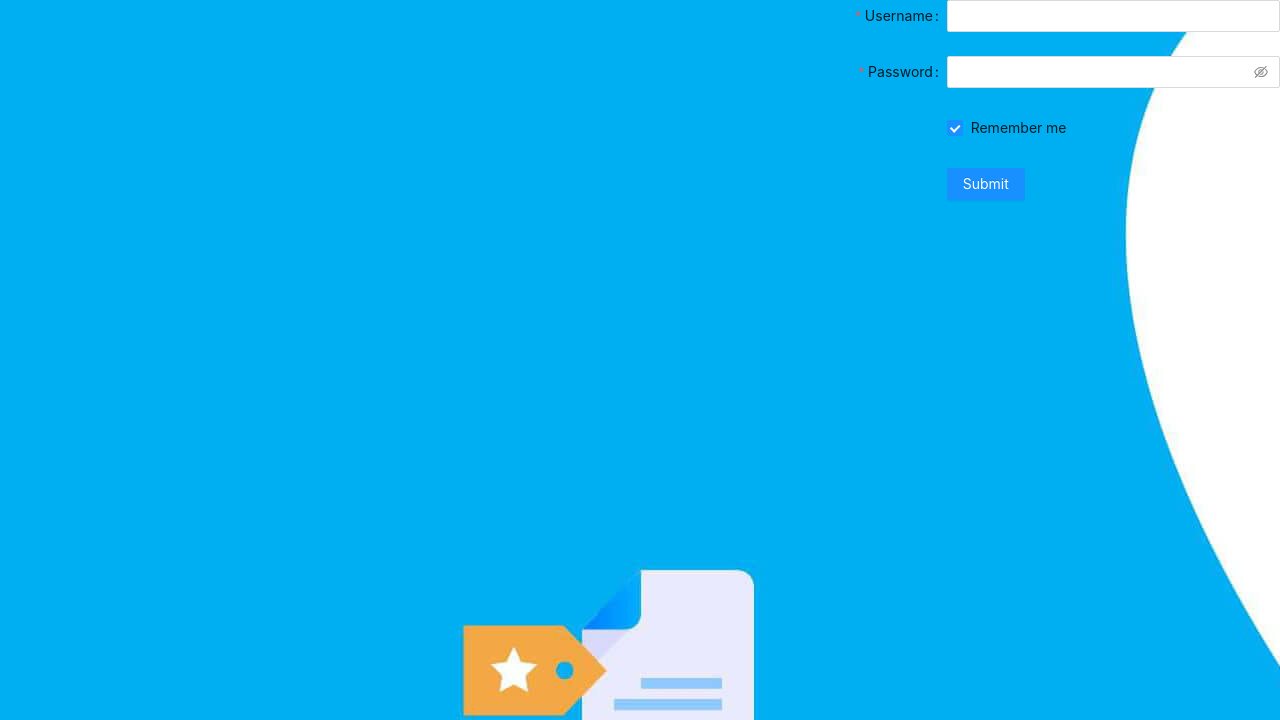
Repository: DallenCat/react-test
Page: /login
The author's editor kept a copy of each file at every save. The page is drawn from the files as they stood at one save, then again after the next save.
The browser window is 1280 px wide. The pictures show the whole page.
The project was rebuilt for these pictures with package versions that can differ from the ones it lists, and the page was loaded fresh each time. Also part of the build but not shown: src/containers/dashboard/index.js, src/containers/personal/index.js, src/components/layout/index.css, src/components/layout/sider/menu.js, src/components/layout/sider/logo.js, src/components/layout/sider/index.js, src/components/layout/index.js.

Above is the page before, as saved 2021-10-29 17:27:22.

### src/index.js
/*
 * @Descripttion:
 * @version:
 * @Author: dal
 * @Date: 2021-10-26 17:14:54
 * @LastEditors: dal
 * @LastEditTime: 2021-10-28 17:36:55
 */
import React from 'react';
import ReactDOM from 'react-dom';
import './index.css';
import App from './App';
import reportWebVitals from './reportWebVitals';
import { Provider } from "react-redux"
import store from "./store"

ReactDOM.render(
  <Provider store={store}>
    <App />
  </Provider>,
  document.getElementById('root')
);

// If you want to start measuring performance in your app, pass a function
// to log results (for example: reportWebVitals(console.log))
// or send to an analytics endpoint. Learn more: https://bit.ly/CRA-vitals
reportWebVitals();

### src/App.js
/*
 * @Descripttion:
 * @version:
 * @Author: dal
 * @Date: 2021-10-26 17:14:54
 * @LastEditors: dal
 * @LastEditTime: 2021-10-29 16:36:06
 */

import './App.css';
import Routes from './routes';
import { BrowserRouter as Router, Switch, Route } from 'react-router-dom';
import SiderDemo from "@/components/layout/index.js"
import { Component } from 'react';
class App extends Component {
  render() {
    let staticPage = ['/login'] //不需要左侧导航的页面
    let LayoutRouter = (props) => {
      if (staticPage.includes(props.location.pathname)) {
        return (
          <Routes />
        )
      } else {
        return (
          <SiderDemo>
            <Routes />
          </SiderDemo>
        )
      }
    }
    return (
      <Router>
        <Switch>
          <Route path="/" component={LayoutRouter} />
        </Switch>
      </Router>
    )
  }

}
// render(<Router routes={routes} />, document.body)
export default App;

### src/store/index.js
/*
 * @Descripttion:
 * @version:
 * @Author: dal
 * @Date: 2021-10-28 17:32:00
 * @LastEditors: dal
 * @LastEditTime: 2021-10-29 15:12:22
 */
import { configureStore } from '@reduxjs/toolkit'

import counterReducer from '@/reducers/counterReducer'
import menuReducer from '@/reducers/menuReducer'

export default configureStore({
  reducer: {
    counter: counterReducer,
    menu: menuReducer
  }
})

### src/App.css
@import '~antd/dist/antd.css';

.App {
  text-align: center;
}

.App-logo {
  height: 40vmin;
  pointer-events: none;
}

@media (prefers-reduced-motion: no-preference) {
  .App-logo {
    animation: App-logo-spin infinite 20s linear;
  }
}

.App-header {
  background-color: #282c34;
  min-height: 100vh;
  display: flex;
  flex-direction: column;
  align-items: center;
  justify-content: center;
  font-size: calc(10px + 2vmin);
  color: white;
}

.App-link {
  color: #61dafb;
}

@keyframes App-logo-spin {
  from {
    transform: rotate(0deg);
  }

  to {
    transform: rotate(360deg);
  }
}

### src/routes/index.js
/*
 * @Descripttion:
 * @version:
 * @Author: dal
 * @Date: 2021-10-26 17:34:53
 * @LastEditors: dal
 * @LastEditTime: 2021-10-29 16:08:19
 */
import Login from "@/containers/login"
import Dashboard from "@/containers/dashboard"
import Personal from "@/containers/personal"
import { Route, Switch, withRouter } from 'react-router-dom';

const routes = () => {
  return (
    <Switch>
      <Route exact path={"/login"} component={Login} />
      <Route exact path={"/dashboard"} component={Dashboard} />
      <Route exact path={"/personal"} component={Personal} />

    </Switch>
  )
}
export default withRouter(routes)

### src/reducers/counterReducer.js
/*
 * @Descripttion:
 * @version:
 * @Author: dal
 * @Date: 2021-10-28 17:35:16
 * @LastEditors: dal
 * @LastEditTime: 2021-10-29 14:37:24
 */
import { createSlice } from '@reduxjs/toolkit'

export const counterSlice = createSlice({
  name: 'counter',
  initialState: {
    value: 0
  },
  reducers: {
    increment: state => {
      // Redux Toolkit allows us to write "mutating" logic in reducers. It
      // doesn't actually mutate the state because it uses the immer library,
      // which detects changes to a "draft state" and produces a brand new
      // immutable state based off those changes
      state.value += 1
    },
    decrement: state => {
      state.value -= 1
    },
    incrementByAmount: (state, action) => {
      state.value += action.payload
    }
  }
})

export const { increment, decrement, incrementByAmount } = counterSlice.actions
export const selectCount = state => state.counter.value
export default counterSlice.reducer

### src/reducers/menuReducer.js
/*
 * @Descripttion:
 * @version:
 * @Author: dal
 * @Date: 2021-10-29 14:58:26
 * @LastEditors: dal
 * @LastEditTime: 2021-10-29 15:12:01
 */
import { createSlice } from "@reduxjs/toolkit"

export const menuSlice = createSlice({
  name: "menu",
  initialState: {
    value: []
  },
  reducers: {
    setMenu: (state, action) => {
      state.value = action.payload
    }
  }
})
export const { setMenu } = menuSlice.actions
export const getMenu = state => state.menu.value
export default menuSlice.reducer

### src/containers/login/index.js
/*
 * @Descripttion:
 * @version:
 * @Author: dal
 * @Date: 2021-10-29 15:24:14
 * @LastEditors: dal
 * @LastEditTime: 2021-10-29 17:26:49
 */
import { Component } from "react";
import { Form, Input, Button, Checkbox } from 'antd';
import bgImg from "@/assets/images/login-background.jpg"
import "./login.scss"

export function LoginForm(props) {

  const onFinish = (values) => {
    console.log('Success:', values);
  };

  const onFinishFailed = (errorInfo) => {
    console.log('Failed:', errorInfo);
  };
  return (
    <Form
      name="basic"
      labelCol={{ span: 8, }}
      wrapperCol={{ span: 16, }}
      initialValues={{ remember: true, }}
      onFinish={onFinish}
      onFinishFailed={onFinishFailed}
      autoComplete="off"
    >
      <Form.Item
        label="Username"
        name="username"
        rules={[
          {
            required: true,
            message: '请输入用户名',
          },
        ]}
      >
        <Input />
      </Form.Item>

      <Form.Item
        label="Password"
        name="password"
        rules={[
          {
            required: true,
            message: '请输入密码',
          },
        ]}
      >
        <Input.Password />
      </Form.Item>

      <Form.Item
        name="remember"
        valuePropName="checked"
        wrapperCol={{
          offset: 8,
          span: 16,
        }}
      >
        <Checkbox>Remember me</Checkbox>
      </Form.Item>

      <Form.Item
        wrapperCol={{
          offset: 8,
          span: 16,
        }}
      >
        <Button type="primary" htmlType="submit">
          Submit
        </Button>
      </Form.Item>
    </Form>
  );

}
//这边只有子组件内部的数据流向
//子组件与父组件怎么通信？
class LOGIN extends Component {
  render(h) {
    return (
      <div>
        <div className="bg">
          <div className="form">
            <LoginForm></LoginForm>
          </div>
        </div>
      </div>
    )
  }
}
export default LOGIN

### src/containers/login/login.scss
.bg {
  width: 100%;
  height: 100vh;
  background-image: url('~@/assets/images/login-background.jpg');
}

.form {
  width: 500px;
  float: right;
}

Loaded but not shown: public/index.html (common file); src/index.css (common file); src/reportWebVitals.js (common file)

After the next save:
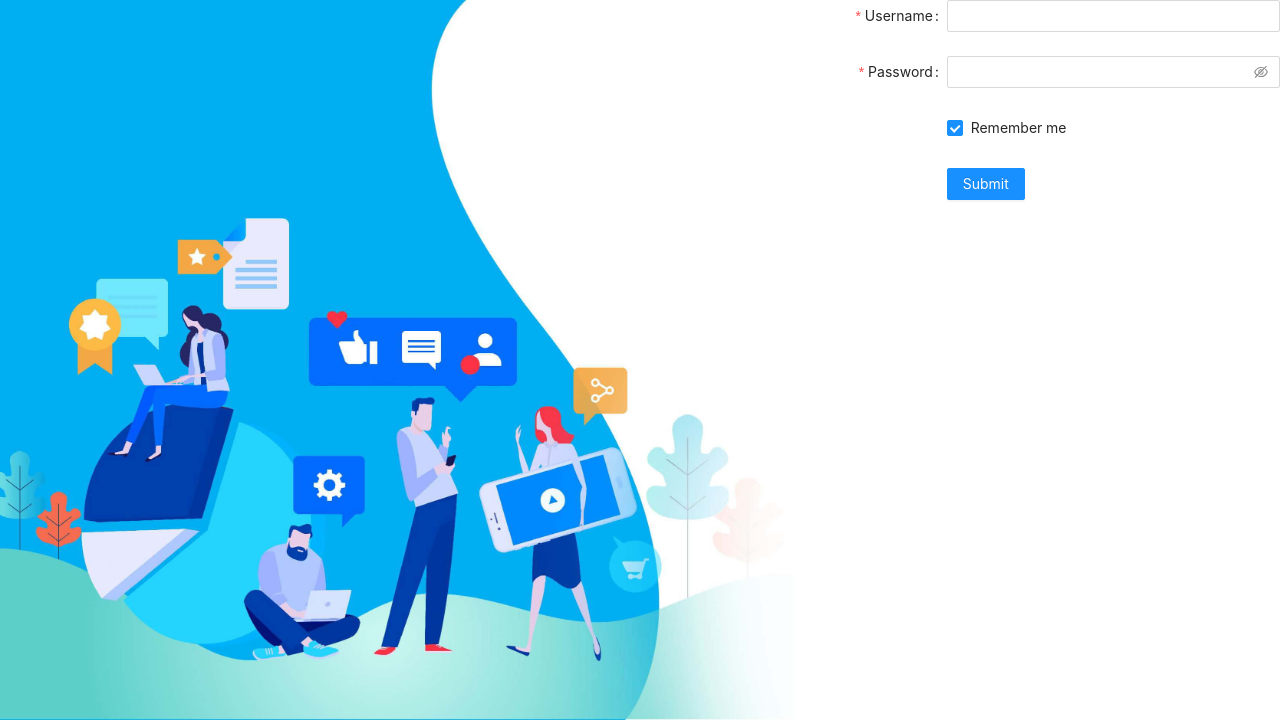
Saved 14 s later.
--- a/src/containers/login/login.scss
+++ b/src/containers/login/login.scss
@@ -2,6 +2,7 @@
   width: 100%;
   height: 100vh;
   background-image: url('~@/assets/images/login-background.jpg');
+  background-size: 100% 100%;
 }
 
 .form {
